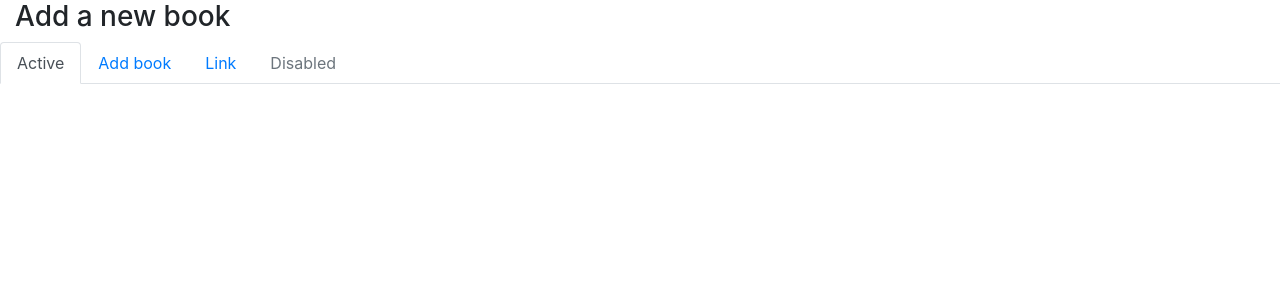
Repository: Aleksus81/Task1
Page: http://localhost/
The author's editor kept a record of every edit. The page is drawn from the files as they stood at one moment, then again after the next edit.
The browser window is 1280 px wide. The pictures show the whole page.
The page is run by PHP 8.4 with error messages shown; the project is at /var/www/html/.

Above is the page before.

### index.php
<!doctype html>
<html lang="en">
  <head>
    <!-- Required meta tags -->
    <meta charset="utf-8">
    <meta name="viewport" content="width=device-width, initial-scale=1, shrink-to-fit=no">

    <!-- Bootstrap CSS -->
    <link rel="stylesheet" href="https://stackpath.bootstrapcdn.com/bootstrap/4.3.1/css/bootstrap.min.css" integrity="sha384-ggOyR0iXCbMQv3Xipma34MD+dH/1fQ784/j6cY/iJTQUOhcWr7x9JvoRxT2MZw1T" crossorigin="anonymous">

    <title>Task1</title>
  </head>
  <body>
      <div class="container-fluid">
  <h3>Add a new book</h3>
      </div>
    <ul class="nav nav-tabs">
  <li class="nav-item">
    <a class="nav-link active" href="#">Active</a>
  </li>
  <li class="nav-item">
    <a class="nav-link" href="adb.php">Add book</a>
  </li>
  <li class="nav-item">
    <a class="nav-link" href="#">Link</a>
  </li>
  <li class="nav-item">
    <a class="nav-link disabled" href="#">Disabled</a>
  </li>
</ul>

    <!-- <nav class="navbar navbar-expand-lg navbar-light bg-light">
    <span class="navbar-toggler-icon"></span>
  </button>
  <div class="collapse navbar-collapse" id="navbarNavAltMarkup">

    <div class="navbar-nav">
      <a class="nav-item nav-link active" href="#">Home</a>
      <a class="nav-item nav-link" href="adb.php">Add book</a>
      <a class="nav-item nav-link" href="ada.php">Add author</a>
      <a class="nav-item nav-link" href="#">Contacts</a>
    </div>
  </div>
</nav> -->
    <!-- Optional JavaScript -->
    <!-- jQuery first, then Popper.js, then Bootstrap JS -->
    <script src="https://code.jquery.com/jquery-3.3.1.slim.min.js" integrity="sha384-q8i/X+965DzO0rT7abK41JStQIAqVgRVzpbzo5smXKp4YfRvH+8abtTE1Pi6jizo" crossorigin="anonymous"></script>
    <script src="https://cdnjs.cloudflare.com/ajax/libs/popper.js/1.14.7/umd/popper.min.js" integrity="sha384-UO2eT0CpHqdSJQ6hJty5KVphtPhzWj9WO1clHTMGa3JDZwrnQq4sF86dIHNDz0W1" crossorigin="anonymous"></script>
    <script src="https://stackpath.bootstrapcdn.com/bootstrap/4.3.1/js/bootstrap.min.js" integrity="sha384-JjSmVgyd0p3pXB1rRibZUAYoIIy6OrQ6VrjIEaFf/nJGzIxFDsf4x0xIM+B07jRM" crossorigin="anonymous"></script>
  </body>
</html>

After the next edit:
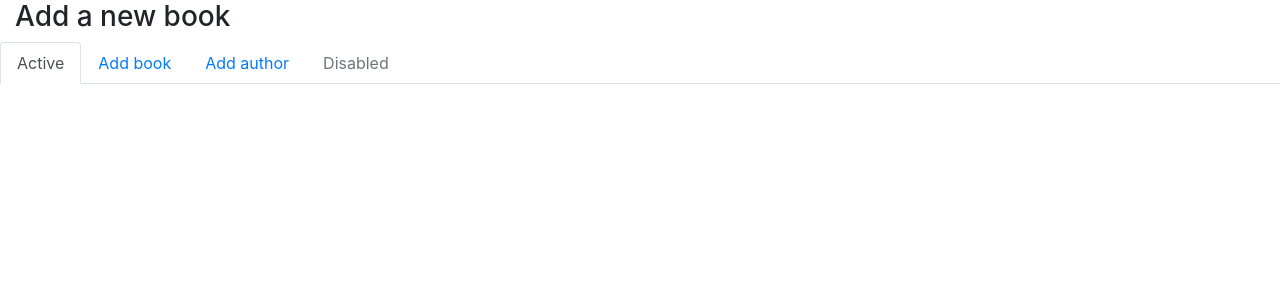
The edit:
--- a/index.php
+++ b/index.php
@@ -22,7 +22,7 @@
     <a class="nav-link" href="adb.php">Add book</a>
   </li>
   <li class="nav-item">
-    <a class="nav-link" href="#">Link</a>
+    <a class="nav-link" href="ada.php">Add author</a>
   </li>
   <li class="nav-item">
     <a class="nav-link disabled" href="#">Disabled</a>
